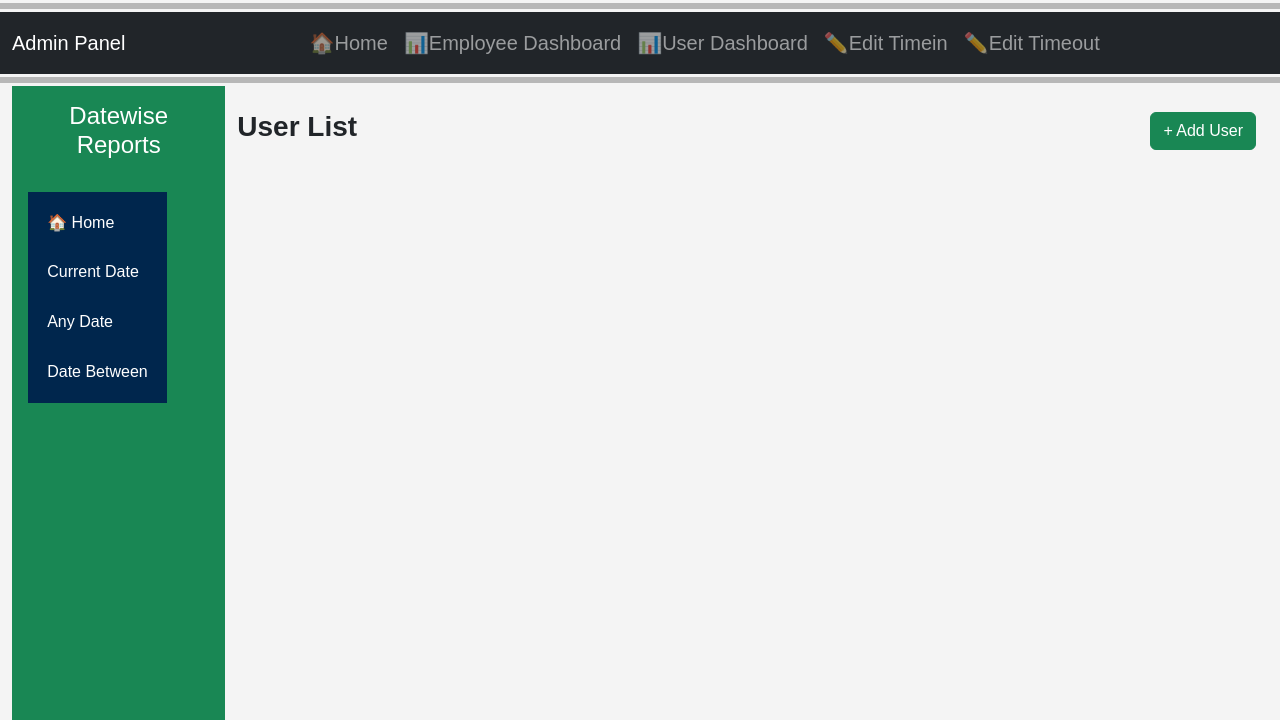
Repository: tecresearch/fullstack-training
Page: http://localhost/user/reports/datewise/anydate-dashboard
These files come from the project's save history. The page is drawn as it stood at one moment and after the next save; the edit follows.
The browser window is 1280 px wide. The pictures show the whole page.
The page is this project's Thymeleaf template; nobody is signed in. The template is opened directly, without the code that normally fills it, so the values that code supplies are empty.

Above is the page before, as saved 2025-03-19 06:54:33.

### a4-spring-boot/employee-time-tracker/src/main/resources/templates/user/reports/datewise/anydate-dashboard.html
<html xmlns:th="http://www.thymeleaf.org">
<!-- admin navbar -->
<div th:insert="~{@{admin/admin-navbar}}"></div>
<head>
    <meta charset="UTF-8">
    <meta name="viewport" content="width=device-width, initial-scale=1.0">
    <title>Datewise Report Dashboard</title>
</head>
<body>
	<div class="container-fluid">
	    <div class="row">
	        <!-- Sidebar -->
			<div th:insert="~{@{user/reports/datewise/date-sidebar}}"></div>
	        <!-- Main Content -->
	        <main class="col-md-9 col-lg-10 offset-md-3 offset-lg-2 p-4">
	            <div class="d-flex justify-content-between align-items-center mb-3">
	                <h3 class="fw-bold">User List</h3>
	                <button class="btn btn-success" id="addUser" data-bs-toggle="modal" data-bs-target="#addUserModal">+ Add User</button>
	            </div>
	        </main>
	    </div>
	</div>
	<script src="https://cdn.jsdelivr.net/npm/bootstrap@5.3.0/dist/js/bootstrap.bundle.min.js"></script>
</body>
</html>

### a4-spring-boot/employee-time-tracker/src/main/resources/templates/admin/admin-navbar.html
<html xmlns:th="http://www.thymeleaf.org">
  <head>
	<div th:insert="~{@{csslink}}"></div>
	<style>
		.bt {
           padding: 5px 10px;
		   border-radius: 5px;
		   transition: background-color 0.3s;
		   color:blue;
		   font-size:1.5vw;
		   background-color: white;
		   margin-left: 5px;
		   margin-top: 0px;
		 }
		.nav-link:hover{
			color:white;
		}
    </style>
	<script>
	        document.addEventListener("DOMContentLoaded", function () {

				document.querySelectorAll("nav a").forEach(link => {
				    if (link.href === window.location.href) {
				      link.classList.add("active");
				    }
				  });
	        });
	    </script>
</head>
<body >
  <hr style="border:3px solid black;margin-top:3px;margin-bottom:3px">
  <nav class="navbar navbar-expand-lg navbar-dark bg-dark">
	<div class="container-fluid">
	   <a class="navbar-brand" href="#">Admin Panel</a>
	   <button class="navbar-toggler" type="button" data-bs-toggle="collapse" data-bs-target="#navbarNav">
		 <span class="navbar-toggler-icon"></span>
	   </button>
	   <div class="collapse navbar-collapse justify-content-center" id="navbarNav">
	 	<ul class="navbar-nav">
		  <li class="nav-item">
		     <a class="nav-link fs-5" href="/employee-timetracker/admin/home">🏠Home</a>
		  </li>
		  <li class="nav-item">
			 <a class="nav-link fs-5" href="/employee-timetracker/admin/employee/dashboard">📊Employee Dashboard</a>
		  </li>
		  <li class="nav-item">
			 <a class="nav-link fs-5" href="/employee-timetracker/admin/user/dashboard">📊User Dashboard</a>
		  </li>
		  <li class="nav-item">
			 <a class="nav-link fs-5" href="#">✏️Edit Timein</a>
		  </li>
		  <li class="nav-item">
		     <a class="nav-link fs-5" href="#">✏️Edit Timeout</a>
		  </li>
		</ul>
	  </div>
	 </div>
    </nav>
   </div>
   <hr style="border:3px solid black;margin-top:3px;margin-bottom:3px">
</body>
</html>

### a4-spring-boot/employee-time-tracker/src/main/resources/templates/csslink.html
<link th:href="@{/CSS/bootstrap.min.css}" rel="stylesheet">
<link th:href="@{/CSS/timetracker.css?v=2.0}" rel="stylesheet">
<script src="https://code.jquery.com/jquery-3.6.0.min.js"></script>
<script th:src="@{/JS/employee/ajax.js?v=2.0}" type="module"></script>
<script th:src="@{/JS/user.js?v=2.0}"></script>
<script th:src="@{/JS/user/userajax.js?v=2.0}" type="module"></script>
<script th:src="@{/JS/user/check.js?v=2.0}"></script>

### a4-spring-boot/employee-time-tracker/src/main/resources/templates/user/reports/datewise/date-sidebar.html
<nav class="col-md-3 col-lg-2 d-md-block bg-success text-white vh-100 position-fixed">
	<div class="p-3">
		<h4 class="text-center">Datewise Reports</h4>
		<ul class="nav flex-column mt-4 position-fixed">
			<li class="nav-item">
				<a class="nav-link text-white active" href="#">🏠 Home</a>
			</li>
			<li class="nav-item">
				<a class="nav-link text-white" id="addUser1" data-bs-toggle="modal" data-bs-target="#addUserModal" href="#">Current Date</a>
			</li>
			<li class="nav-item">
				<a class="nav-link text-white" id="listUser" data-bs-toggle="modal" data-bs-target="#listUserModal" href="#">Any Date</a>
			</li>
			<li class="nav-item">
				<a class="nav-link text-white" data-bs-toggle="modal" data-bs-target="#deleteUserModal" href="#">Date Between</a>
			</li>
		</ul>
	</div>
</nav>

### a4-spring-boot/employee-time-tracker/src/main/resources/static/CSS/timetracker.css
body {
    font-family: Arial, sans-serif;
    margin: 0;
    padding: 0;
    background-color: #f4f4f4;
}
.header {
    background-color: #004080;
    color: white;
    padding: .8vw;
    text-align: center;
}
.nav {
    display: flex;
    justify-content: center;
    background: #00264d;
    padding: .5vw;
}
.nav a {
    color: white;
    padding: 1vw 1vw;
    text-decoration: none;
}
.hero {
    height: 20vw;
    display: flex;
    align-items: center;
    justify-content: center;
    color: white;
    font-size: 1.3vw;
    text-shadow: 2px 2px 5px rgba(0, 0, 0, 0.5);
}
.services {
    text-align: center;
    padding: .5vw;
}
.services div {
    display: inline-block;
    background: white;
    padding: .5vw;
    margin: .5vw;
    border-radius:.2vw;
    box-shadow: 0px 0px .5vw rgba(0, 0, 0, 0.1);
}
.footer {
    background: #004080;
    color: white;
    text-align: center;
    padding: .5vw;
    margin-top: .2vw;
}
.ddm{
    background:#00264d;
}
.bt{
    border:none;
    color:white;
    cursor: pointer;
    background: #00264d;
    margin-top: 12px;
}
a.dropdown-item:hover{
    background:white;
    color:#00264d;
}
.bg-image{
	background: url("../images/time.jpg")no-repeat center center/cover
}
.ubg-image{
	background: url("../images/tracker2.jpg")no-repeat center center/cover
}
.ch{
	height:18vw;
}

### a4-spring-boot/employee-time-tracker/src/main/resources/static/JS/employee/ajax.js
import { loadEmployeeDelete } from './empdelete.js';
import { loadEmployeeEdit } from './empedit.js';
import { popupAddDepartment, popupRole } from './emppopup.js';
import { loadEmployeeList } from './emplist.js';
$(document).ready(function() {
	$("#loadDeleteEmployee").click(function() {
		loadEmployeeDelete();
	});
	$("#loadEditEmployee").click(function() {
		loadEmployeeEdit();
	});
	$("#addEmployee").click(function() {
		popupAddDepartment();
	});
	$("#addEmployee1").click(function() {
		popupAddDepartment();
	});
	$("#department").change(function() {
		alert($(this).val());
		popupRole($(this).val(), "role");
	});
	$("#edepartment").change(function() {
		popupRole($(this).val(), "erole");
	});
	$("#listEmployee").click(function() {
		loadEmployeeList();
	});
});

### a4-spring-boot/employee-time-tracker/src/main/resources/static/JS/user.js
function matchPassword() {

	if (document.getElementById("rpassword").value != document.getElementById("password").value) {
		alert("Repeat password doen not match with password")
		return false;
	}
	return true;
}
function validatePassword() {
	var password = document.getElementById("password").value;
	var pattern = /^(?=.*[A-Z])(?=.*[a-z])(?=.*\d)(?=.*[@#$%^&+=!]).{8,}$/;
	var message = document.getElementById("passwordMessage");

	if (!pattern.test(password)) {
		message.style.color = "red";
		message.innerHTML = "Password must be at least 8 characters long and include uppercase, lowercase, a number, and a special character.";
		return false;
	} else {
		message.style.color = "green";
		message.innerHTML = "Strong password!";
		return true;
	}
}
function validatePasswordMatch() {
	var password = document.getElementById("password").value;
	var confirmPassword = document.getElementById("rpassword").value;
	var message = document.getElementById("passwordMatchMessage");

	if (confirmPassword.length > 0) {
		if (password === confirmPassword) {
			message.style.color = "green";
			message.innerHTML = "Passwords match!";
		} else {
			message.style.color = "red";
			message.innerHTML = "Passwords do not match!";
		}
	} else {
		message.innerHTML = "";
	}
}
function validateEmail() {
	var email = document.getElementById("email").value;
	var emailPattern = /^[a-zA-Z0-9._%+-]+@[a-zA-Z0-9.-]+\.[a-zA-Z]{2,}$/;
	var message = document.getElementById("emailMessage");

	if (emailPattern.test(email)) {
		message.style.color = "green";
		message.innerHTML = "Valid email!";
	} else {
		message.style.color = "red";
		message.innerHTML = "Invalid email format!";
	}
}

### a4-spring-boot/employee-time-tracker/src/main/resources/static/JS/user/userajax.js
import { popupEmployeeInName,popupEmployeeOutName } from './namepopup.js';
$(document).ready(function() {
	$("#recordTimeOut").click(function() {
		popupEmployeeInName()
	});
	$("#recordTimeIn").click(function() {
			popupEmployeeOutName()
	});
});

### a4-spring-boot/employee-time-tracker/src/main/resources/static/JS/user/check.js
function checkUserExistense()
{
		$.ajax(
		{
			url: "/employee-timetracker/admin/user/get-user?username=" + document.getElementById("username").value,
			type: "GET",
			success: function(response)
			{
				if (response)
				{
					document.getElementById("userExistMessage").innerHTML = "User name alerady exist";
					return false;
				}
			},
			error: function()
			{
				console.error("AJAX Error: " + error);
			}
		});
	return true;
  }

### a4-spring-boot/employee-time-tracker/src/main/resources/static/JS/employee/empdelete.js
export function loadEmployeeDelete() {
	$.ajax({
		url: "/employee-timetracker/admin/employee/get-employee-delete?eid=" + document.getElementById("deleteEid").value,
		type: "GET",
		success: function(response) {
			if (response.msg != null) {
				alert(response.msg);
			}
			else {
				document.getElementById("employeeDeleteDetails").style.display = "block";
				alert(response.department);
				for (let key in response) {
					document.getElementById("lbl"+key).innerHTML = response[key];
				}
			}
		},
		error: function() {
			console.error("AJAX Error: " + error);
		}
	});
}
//window.loadEmployeeDelete = loadEmployeeDelete;

### a4-spring-boot/employee-time-tracker/src/main/resources/static/JS/employee/empedit.js
import { popupEditDepartment,popupRole} from './emppopup.js';
export function loadEmployeeEdit() {
	$.ajax({
		url: "/employee-timetracker/admin/employee/get-employee-edit?eid=" + document.getElementById("editEid").value,
		type: "GET",
		success: function(response) {
			if (response.msg != null) {
				document.getElementById("employeeEditDetails").style.display = "none";
				alert(response.msg);
			}
			else {
				document.getElementById("employeeEditDetails").style.display = "block";
				popupEditDepartment(response["department"],response["role"]);
				for (let key in response) {
					if(key!="department")
						document.getElementById(key).value = response[key];
				}
				//popupRole(document.getElementById("edepartment").value,"erole");
			}
		},
		error: function() {
			console.error("AJAX Error: " + error);
		}
	});
}

### a4-spring-boot/employee-time-tracker/src/main/resources/static/JS/employee/emppopup.js
export function popupAddDepartment() {
	$.ajax({
		url: "/employee-timetracker/admin/employee/department-list",
		type: "GET",
		success: function(response) {
			let deptDropdown = $("#department");
			deptDropdown.empty();
			for (let key in response) {
				deptDropdown.append('<option value="' + key + '">' + response[key] + '</option>')
			}
			popupRole(document.getElementById("department").options[0].value,"role");
		},
		error: function() {
			console.error("AJAX Error:", error);
		}
	});
}
export function popupEditDepartment(deptId,roleId) {
	$.ajax({
		url: "/employee-timetracker/admin/employee/department-list",
		type: "GET",
		success: function(response) {
			let deptDropdown = $("#edepartment");
			deptDropdown.empty();
			//deptDropdown.append('<option value="-1">Choose Department</option>')
			for (let key in response) {
				if(deptId==key)
					deptDropdown.append('<option selected="selected" value="' + key + '">' + response[key] + '</option>');
				else
					deptDropdown.append('<option value="' + key + '">' + response[key] + '</option>');
			}
			popupRole1(deptId,"erole",roleId);
		},
		error: function() {
			console.error("AJAX Error:", error);
		}
	});
}
export function popupRole(deptId,role) {
	let roleDropDown = $("#"+role);
	$.ajax({
		url: "/employee-timetracker/admin/employee/role-list?deptId=" + deptId,
		type: "GET",
		success: function(response) {
			roleDropDown.empty();
			for (let key in response) {
				roleDropDown.append('<option value="' + key + '">' + response[key] + '</option>')
			}
		},
		error: function() {
			console.error("AJAX Error:", error);
		}
	});
}
export function popupRole1(deptId,role,roleId) {
	let roleDropDown = $("#"+role);
	$.ajax({
		url: "/employee-timetracker/admin/employee/role-list?deptId=" + deptId,
		type: "GET",
		success: function(response) {
			roleDropDown.empty();
			for (let key in response) {
				if(roleId==key)
					roleDropDown.append('<option selected value="' + key + '">' + response[key] + '</option>')
				else
					roleDropDown.append('<option value="' + key + '">' + response[key] + '</option>');
			}
		},
		error: function() {
			console.error("AJAX Error:", error);
		}
	});
}

### a4-spring-boot/employee-time-tracker/src/main/resources/static/JS/employee/emplist.js
export function loadEmployeeList() {
	$.ajax({
		url: "/employee-timetracker/admin/employee/get-employee-list",
		type: "GET",
		success: function(response) {
			let tableBody=$("#employeeList tbody");
			tableBody.empty();
			response.forEach(item=>{
				let row=`<tr>
				   <td>${item.empId}</td>
				   <td>${item.firstname}</td>
				   <td>${item.lastname}</td>
				   <td>${item.email}</td>
				   <td>${item.phone}</td>
				   <td><a href="#">${item.deptId}</a></td>
				   <td><a href="#">${item.roleId}</a></td>
				   <td>${item.timein}</td>
				   <td>${item.timeout}</td>
				</tr>`;
				tableBody.append(row);
			});
		},
		error: function() {
			console.error("AJAX Error: " + error);
		}
	});
}

### a4-spring-boot/employee-time-tracker/src/main/resources/static/JS/user/namepopup.js
export function popupEmployeeInName() {
	$.ajax({
		url: "/employee-timetracker/user/time/employee-inlist",
		type: "GET",
		success: function(response) {
				let deptDropdown = $("#inEmpId");
			deptDropdown.empty();
			for (let key in response) {
				deptDropdown.append('<option value="' + key + '">' + response[key] + '('+key+')</option>')
			}
		},
		error: function() {
			console.error("AJAX Error:", error);
		}
	});
}
export function popupEmployeeOutName() {
	$.ajax({
		url: "/employee-timetracker/user/time/employee-outlist",
		type: "GET",
		success: function(response) {
				let deptDropdown = $("#outEmpId");
			deptDropdown.empty();
			for (let key in response) {
				deptDropdown.append('<option value="' + key + '">' + response[key] + '('+key+')</option>')
			}
		},
		error: function() {
			console.error("AJAX Error:", error);
		}
	});
}

Loaded but not shown: a4-spring-boot/employee-time-tracker/src/main/resources/static/CSS/bootstrap.min.css (library)

After the next save:
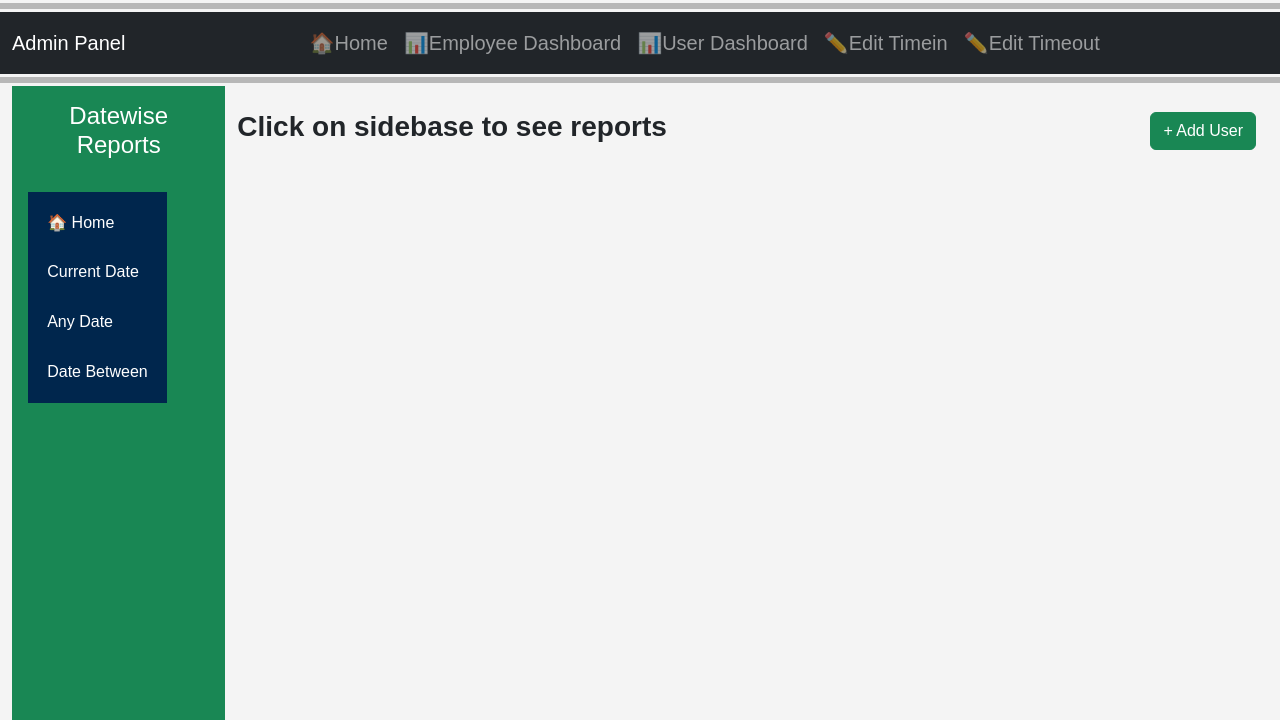
Saved 32 s later.
--- a/a4-spring-boot/employee-time-tracker/src/main/resources/templates/user/reports/datewise/anydate-dashboard.html
+++ b/a4-spring-boot/employee-time-tracker/src/main/resources/templates/user/reports/datewise/anydate-dashboard.html
@@ -14,7 +14,7 @@
 	        <!-- Main Content -->
 	        <main class="col-md-9 col-lg-10 offset-md-3 offset-lg-2 p-4">
 	            <div class="d-flex justify-content-between align-items-center mb-3">
-	                <h3 class="fw-bold">User List</h3>
+	                <h3 class="fw-bold">Click on sidebase to see reports</h3>
 	                <button class="btn btn-success" id="addUser" data-bs-toggle="modal" data-bs-target="#addUserModal">+ Add User</button>
 	            </div>
 	        </main>
